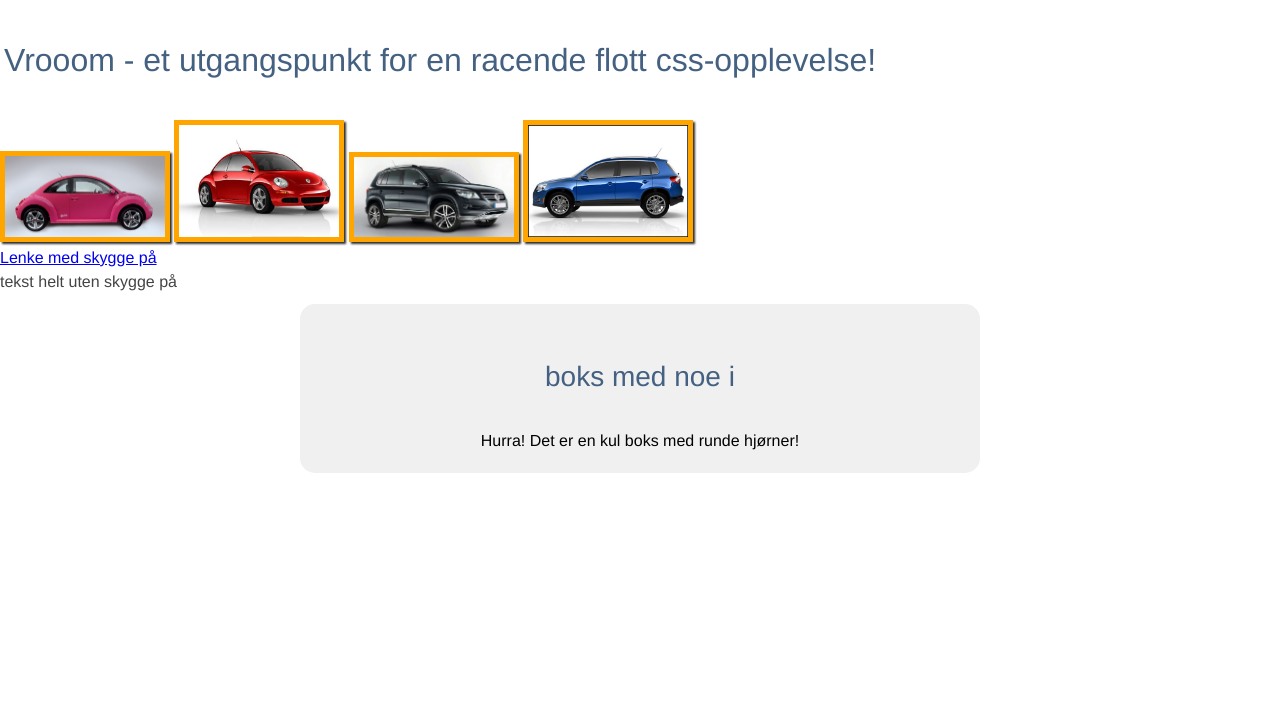
Repository: mesan/css-kurs
Page: kode/wroom/index.html
The author's editor kept a copy of each file at every save. The page is drawn from the files as they stood at one save, then again after the next save.
The browser window is 1280 px wide. The pictures show the whole page.

Above is the page before, as saved 2013-01-21 22:41:57.

After the next save:
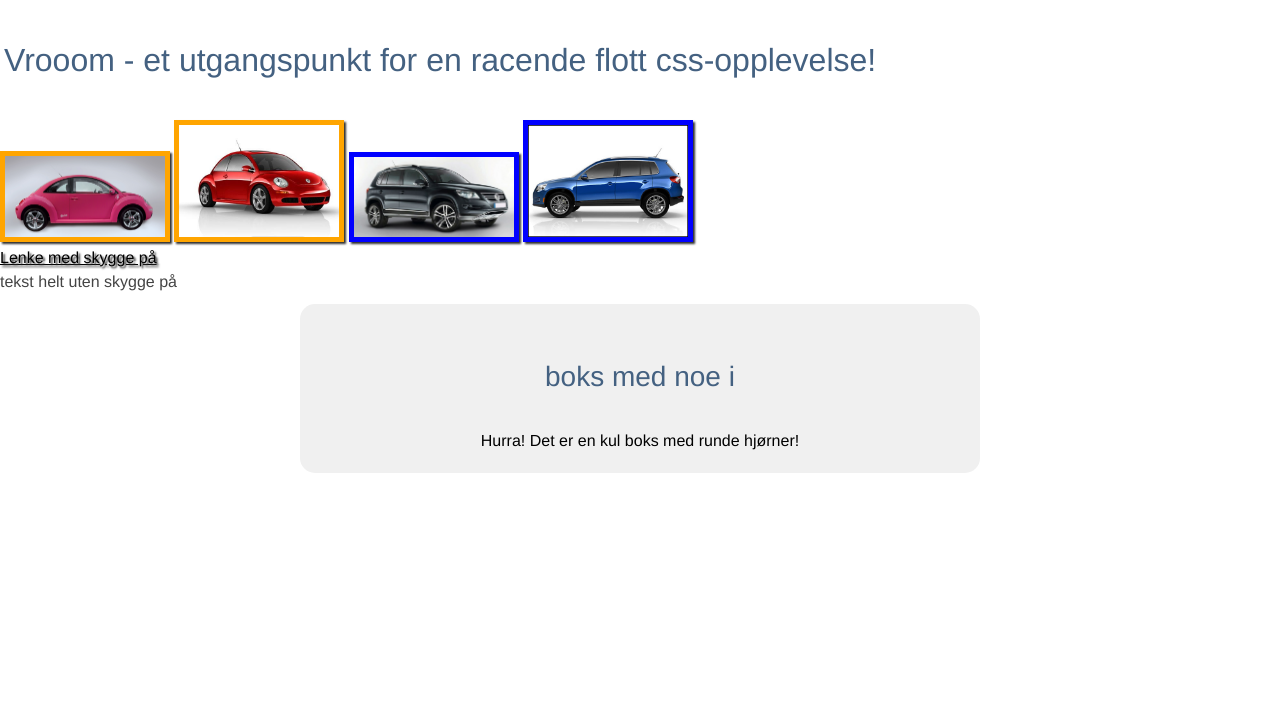
Saved 22 s later.
--- a/kode/wroom/styles/examples.css
+++ b/kode/wroom/styles/examples.css
@@ -65,7 +65,7 @@ img[src^="images"]{
 }
 
 /*Velger alle img-elementer på siden hvis src-atributt inneholder "tiguan"*/
-/*img[src*="tiguan"]{
+img[src*="tiguan"]{
     border: 5px solid blue;
 }
 
@@ -82,7 +82,7 @@ img[src$=".jpg"]{
  ** vertikal plassering (kan også være negativ eller 0)
  ** blur (valgfri)
  ** farge */
-/*a[href*="#"]{
+a[href*="#"]{
     color: black;
     text-shadow: 2px 2px 2px #2F2F2F;
-}*/
+}
